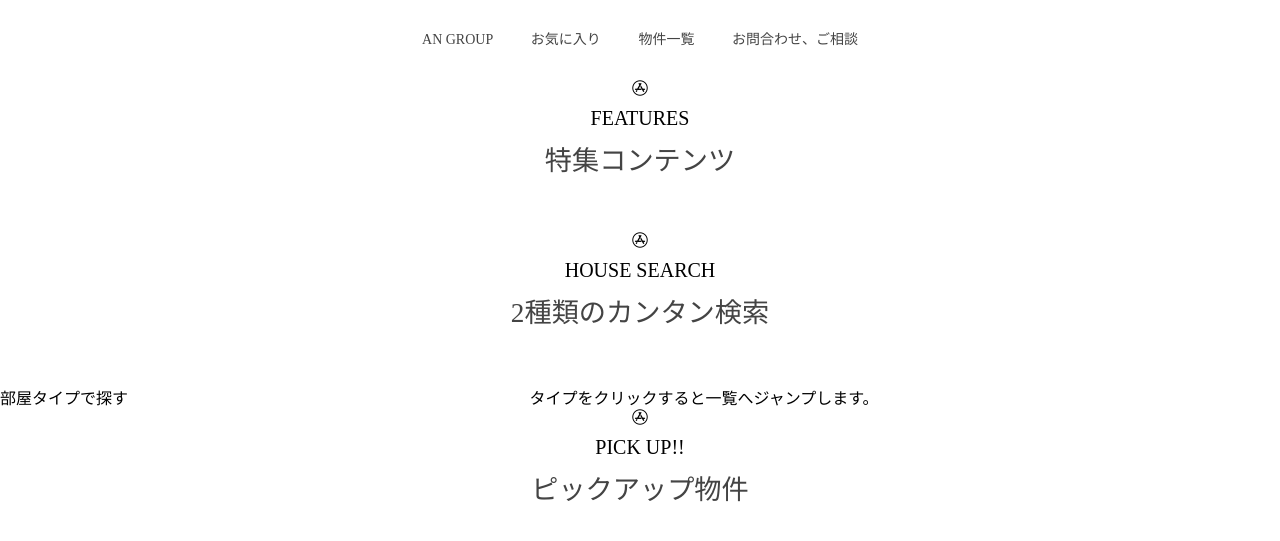
Repository: ninhdavid/real-estate
Page: index.html
An editor plug-in stored every save of this project. The page is shown before and after the next save, followed by the edit.
The browser window is 1280 px wide. The pictures show the whole page.
Some web libraries are served in a nearby version. The style sheet was rebuilt from its Sass, Less or Tailwind sources for each picture, by a compiler version that may differ from the author's.

Above is the page before, as saved 2022-05-09 22:16:22.

### index.html
<!DOCTYPE html>
<html lang="en">

<head>
    <meta charset="UTF-8">
    <meta http-equiv="X-UA-Compatible" content="IE=edge">
    <meta name="viewport" content="width=device-width, initial-scale=1.0">
    <link rel="stylesheet" href="css/main.css">
    <script src="https://kit.fontawesome.com/691ec27588.js" crossorigin="anonymous"></script>
    <title>Document</title>
</head>

<body>
    <div class="main-container">
        <div class="header">
            <div class="img-header"></div>
        </div>
        <div class="main-nav">
            <ul id="nav">
                <li><a class="nav-img" href="#">
                        <!-- <img src="./asset/img/logo/logo-edited.png" alt=""> -->
                        AN GROUP
                    </a></li>
                <li><a href="#">お気に入り</a></li>
                <li><a href="#">物件一覧</a></li>
                <li><a href="#">お問合わせ、ご相談</a></li>
            </ul>
        </div>
        <div class="content">
            <div class="content-section">
                <div class="title-section">
                    <i class="fa-brands fa-app-store"></i>
                    <p>FEATURES</p>
                    <p>特集コンテンツ</p>
                </div>
                <div id="slider"> </div>
            </div>
            <div class="content-section">
                <div class="title-section">
                    <i class="fa-brands fa-app-store"></i>
                    <p>HOUSE SEARCH</p>
                    <p>2種類のカンタン検索</p>
                </div>
                <div id="content-box">
                    <p>部屋タイプで探す</p>
                    <p>タイプをクリックすると一覧へジャンプします。</p>
                </div>
            </div>
            <div class="content-section">
                <div class="title-section">
                    <i class="fa-brands fa-app-store"></i>
                    <p>PICK UP!!</p>
                    <p>ピックアップ物件</p>
                </div>
                <div></div>
            </div>
        </div>

    </div>



</body>
<script src="asset/java-script/chat-online.js"></script>

</html>

### css/main.scss


*{
    padding: 0;
    margin: 0;
    box-sizing: border-box;
}

.main-nav{
    // height: 85px;
    background-color: #fff;
    width: 100%;
    z-index:10;
    height: 5em;
    text-align: center;
}
#nav{
    display:inline-block;
}
#nav,
.subnav {
    list-style-type: none;
}
#nav > li{
    display:inline-block;
}
#nav  li{
    position: relative;
    top:11px;
}
#nav li a{
    display: block;
    text-decoration: none;
    line-height: 24px;
    font-size: 14px;
    padding: 1.2em;
}
#nav>li>a{
    color: rgb(68,68,68);
    text-transform: uppercase;
}
// .nav-img{
//     background-image: url("/asset/img/logo/logo-edited.png");
//     height:80px;
//     width: 100px;
//     padding: 5px 0;
//     background-position: center; /* Center the image */
//     background-repeat: no-repeat; /* Do not repeat the image */
//     background-size: cover;
// }

.content-section{
    display: block;
    text-align: center;
}
.title-section{

}
.title-section i {

}
.tittle-section p{
    font-weight: bold;
}
.title-section>p:nth-of-type(1){
    font-size: 1.25em;
    line-height: 1;
    padding: 10px 0;
}
.title-section p:nth-of-type(2){
    font-size: 1.7em;
    color: #444444;
    padding-bottom: 2em;
}

#content-box{

}
#content-box p {
    display: inline-block;
}
#content-box p:nth-of-type(1){
    float: left;
}

Loaded but not shown: asset/java-script/chat-online.js (no stored copy; drawn as an empty file)

After the next save:
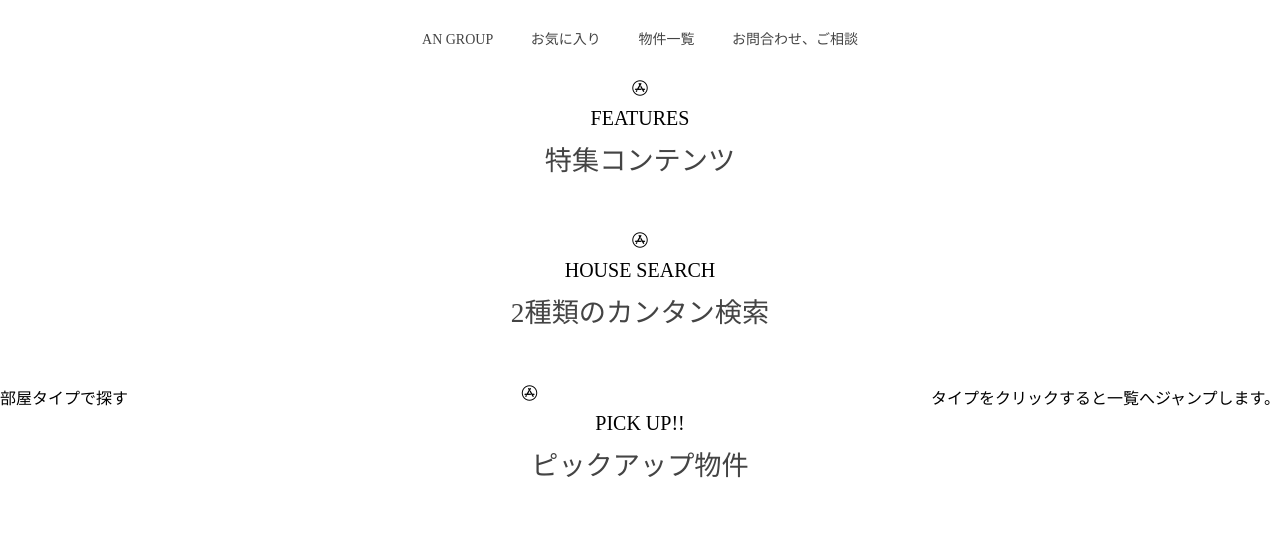
Saved 15 s later.
--- a/css/main.scss
+++ b/css/main.scss
@@ -82,3 +82,6 @@
 #content-box p:nth-of-type(1){
     float: left;
 }
+#content-box p:nth-of-type(2){
+    float: right;
+}
